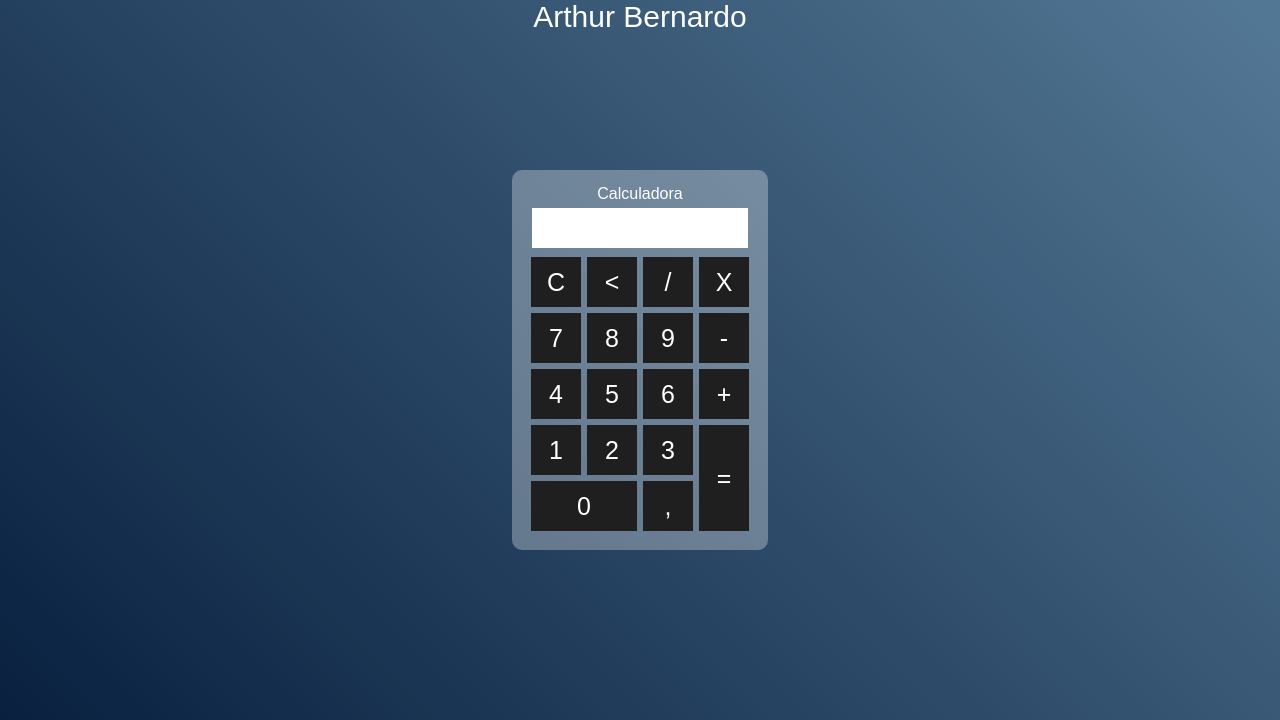
Repository: oThurDev/calculadora
Page: calculadora.html
An editor plug-in stored every save of this project. The page is shown before and after the next save, followed by the edit.
The browser window is 1280 px wide. The pictures show the whole page.

Above is the page before, as saved 2022-03-03 19:25:39.

### calculadora.html
<!DOCTYPE html>
<html lang="en">
<head>
    <meta charset="UTF-8">
    <meta name="viewport" content="width=device-width, initial-scale=1.0">
    <link rel="stylesheet" href="style_calculadora.css">
    <script src="./functions-calculator.js"></script>

    <title>Calculadora - Arthur Berndardo</title>
</head>
<body>
    <div class="fundo">
        <span class="title">Arthur Bernardo</span>
        <div class="calculadora">
            <span class="title-calculator">Calculadora</span>
            <p id="resultado"></p>
            <table>
                <tr>
                    <td><button class="botao" onclick="clean()">C</button></td>
                    <td><button class="botao" onclick="back()"><</button></td>
                    <td><button class="botao" onclick="insert('/')">/</button></td>
                    <td><button class="botao" onclick="insert('x')">X</button></td>
                </tr>
                <tr>
                    <td><button class="botao" onclick="insert('7')">7</button></td>
                    <td><button class="botao" onclick="insert('8')">8</button></td>
                    <td><button class="botao" onclick="insert('9')">9</button></td>
                    <td><button class="botao" onclick="insert('-')">-</button></td>
                </tr>
                <tr>
                    <td><button class="botao" onclick="insert('4')">4</button></td>
                    <td><button class="botao" onclick="insert('5')">5</button></td>
                    <td><button class="botao" onclick="insert('6')">6</button></td>
                    <td><button class="botao" onclick="insert('+')">+</button></td>
                </tr>
                <tr>
                    <td><button class="botao" onclick="insert('1')">1</button></td>
                    <td><button class="botao" onclick="insert('2')">2</button></td>
                    <td><button class="botao" onclick="insert('3')">3</button></td>
                    <td rowspan="2"><button class="botao" style="height: 106px;" onclick="calcular()">=</button></td>
                </tr>
                <tr>
                    <td colspan="2"><button class="botao" style="width: 106px;" onclick="insert('0')">0</button></td>
                    <td><button class="botao" onclick="insert(',')">,</button></td>
                </tr>
            </table>
        </div>
    </div>
</body>
</html>

### style_calculadora.css
*{
    margin: 0;
    padding: 0;
}

.fundo{
    background-image: linear-gradient(45deg, #09203f, #537895);
    height: 100vh;
    color: black;
    font-family: Arial, Helvetica, sans-serif;
    text-align: center;
}

.title{
    font-size: 30px;
    color: white;
}

.calculadora{
    position: absolute;
    background-color: rgba(255, 255, 255, 0.3);
    top: 50%;
    left: 50%;
    transform: translate(-50%, -50%);
    border-radius: 10px;
    padding: 15px;
}

.title-calculator{
    color: white;
}

.botao{
    width: 50px;
    height: 50px;
    font-size: 25px;
    cursor: pointer;
    background-color: rgb(31, 31, 31);
    border: none;
    color: white;
    margin: 2px;
}

.botao:hover{
    background-color: black;
}

#resultado{
    background-color: white;
    height: 30px;
    margin: 5px;
    font-size: 20px;
    text-align: right;
    padding: 5px;
}

### functions-calculator.js
function insert(num)
{
    var numero = document.getElementById('resultado').innerHTML;
    document.getElementById('resultado').innerHTML = numero + num;
}

function clean()
{
    document.getElementById('resultado').innerHTML = "";
}

function back()
{
    var resultado = document.getElementById('resultado').innerHTML;
    document.getElementById('resultado').innerHTML = resultado.substring(0, resultado.length -1)
}

function calcular()
{
    var resultado = document.getElementById('resultado').innerHTML;
    if(resultado)
    {
        document.getElementById('resultado').innerHTML = eval(resultado)
    }
    else
    {
        document.getElementById('resultado').innerHTML = 'nada para calcular'
    }
}

After the next save:
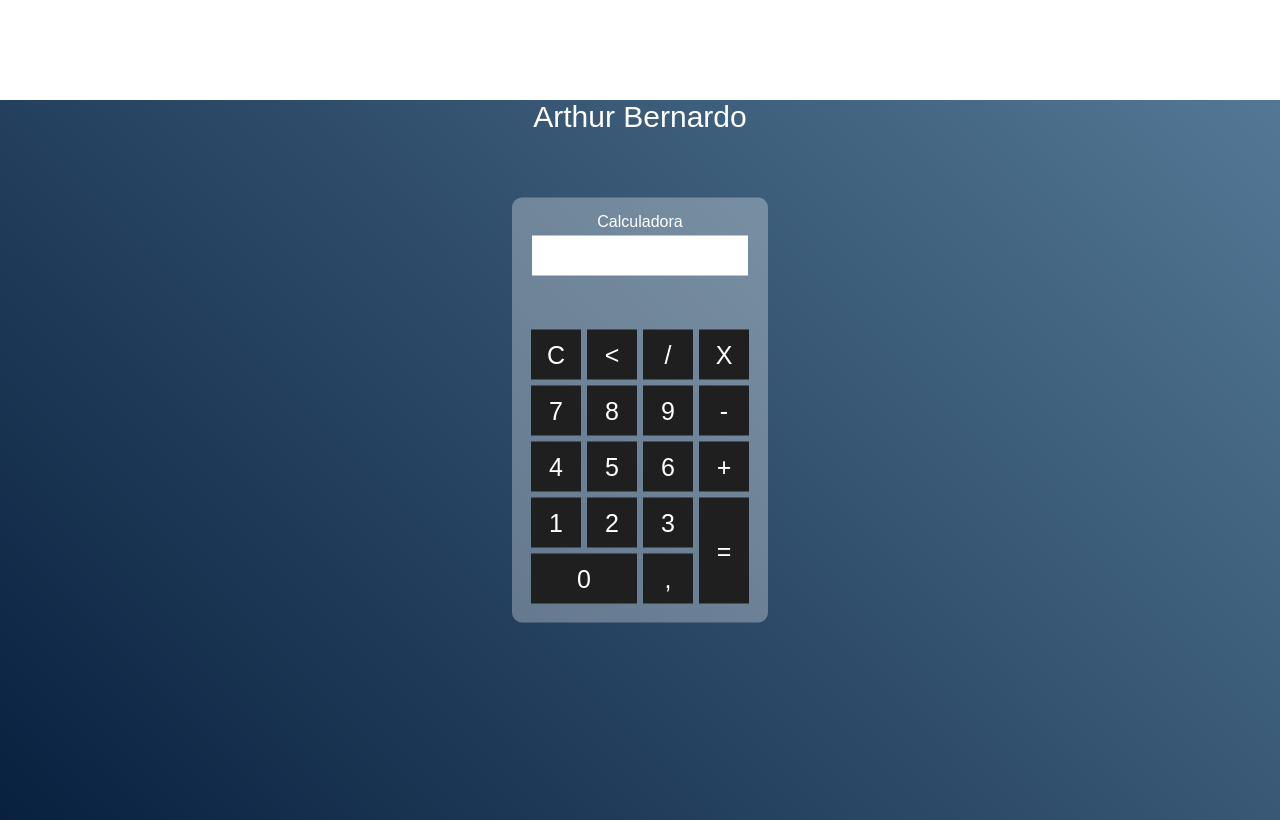
Saved 25 s later.
--- a/style_calculadora.css
+++ b/style_calculadora.css
@@ -1,6 +1,7 @@
 *{
     margin: 0;
     padding: 0;
+    margin-top: 50px;
 }
 
 .fundo{

After the save that followed:
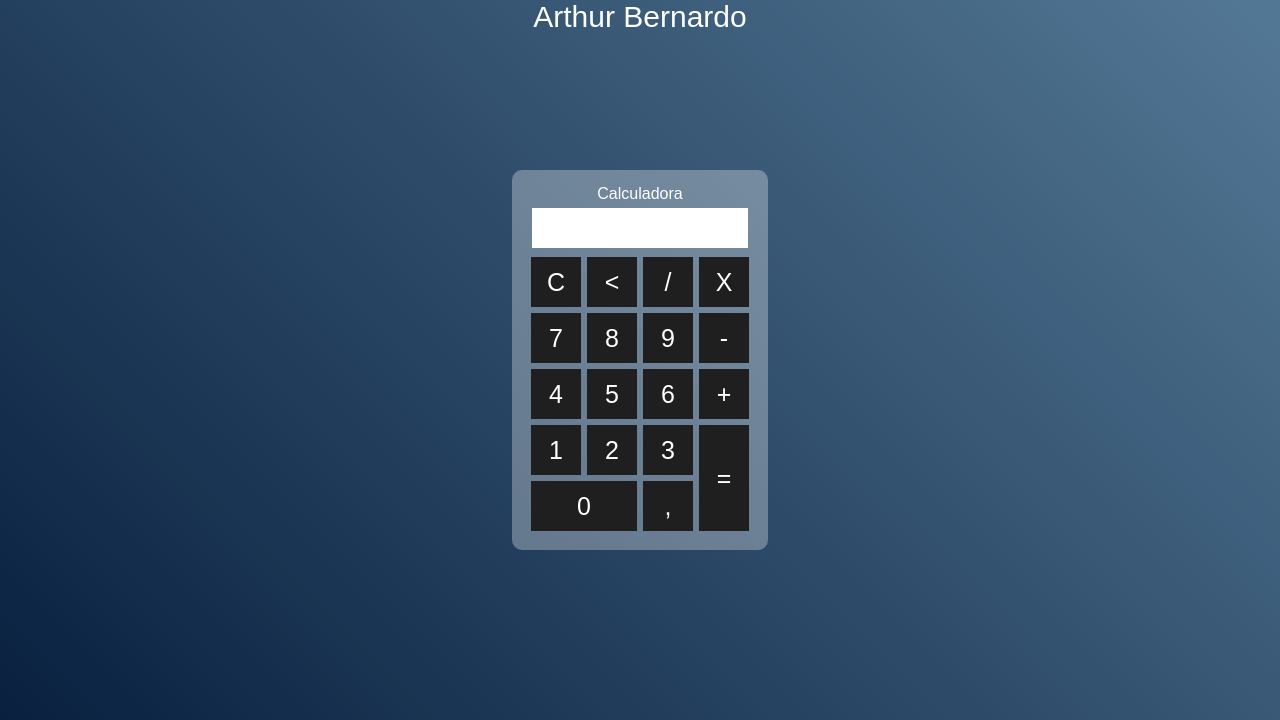
Saved 22 s later.
--- a/style_calculadora.css
+++ b/style_calculadora.css
@@ -1,7 +1,6 @@
 *{
     margin: 0;
     padding: 0;
-    margin-top: 50px;
 }
 
 .fundo{
@@ -15,6 +14,7 @@
 .title{
     font-size: 30px;
     color: white;
+    margin-top: 50px;
 }
 
 .calculadora{
